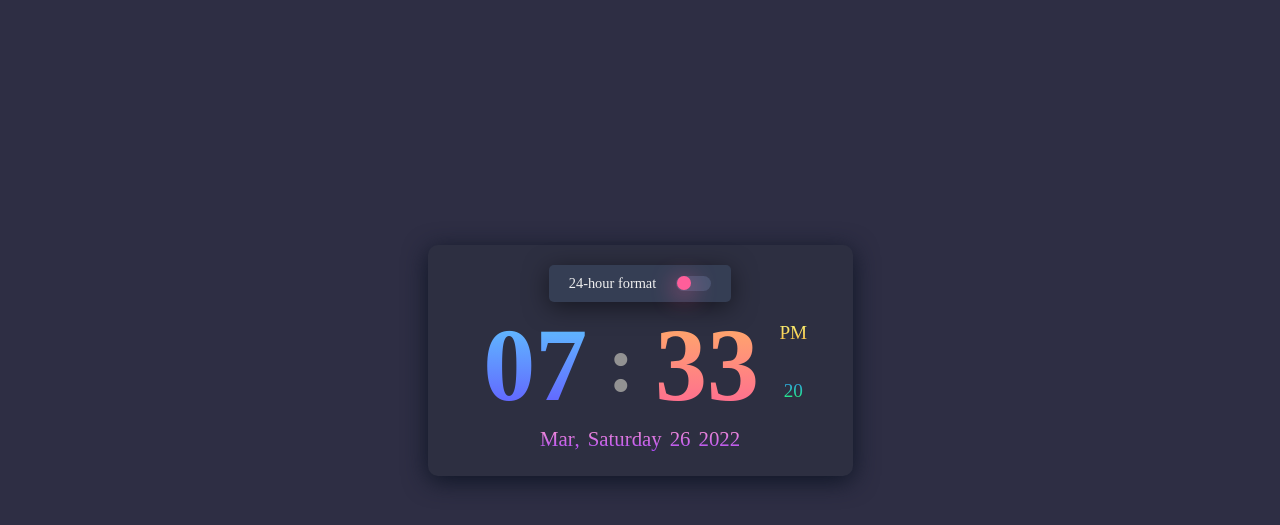
Repository: QUANGTHAI2003/digital-clock
Page: index.html
The author's editor kept a copy of each file at every save. The page is drawn from the files as they stood at one save, then again after the next save.
The browser window is 1280 px wide. The pictures show the whole page.
Some icons come from a web library that is not loaded, so they are not drawn.

Above is the page before, as saved 2022-03-26 23:32:34.
Console error: TypeError: year.addEventListener is not a function

### index.html
<!DOCTYPE html>
<html lang="en">
    <head>
        <meta charset="UTF-8" />
        <meta http-equiv="X-UA-Compatible" content="IE=edge" />
        <meta name="viewport" content="width=device-width, initial-scale=1.0" />
        <title>Digital-Clock</title>
        <link rel="stylesheet" href="style.css" />
        <link rel="stylesheet" href="https://unicons.iconscout.com/release/v4.0.0/css/line.css" />
    </head>
    <body>
        <div class="digital-clock">
            <i class="uil uil-ellipsis-v dot-menu-btn"></i>
            <ul class="dot-menu">
                <li class="menu-item">
                    <span class="clock-format-text">24-hour format</span>
                    <div class="format-switch-btn" data-format="12"></div>
                </li>
            </ul>
            <div class="time">
                <span class="hours">00</span>
                <span class="dots">:</span>
                <span class="minutes">00</span>
                <div class="right-side">
                    <span class="period">AN/PM</span>
                    <span class="seconds">00</span>
                </div>
            </div>
            <div class="calendar">
                <span class="month-name">Mar</span>,
                <span class="day-name">Sunday</span>
                <span class="day-number">6</span>
                <span class="year">2022</span>
            </div>
        </div>
        <script src="./app.js"></script>
    </body>
</html>

### style.css
@import url('https://fonts.googleapis.com/css2?family=Poppins:ital,wght@0,100;0,200;0,300;0,400;0,500;0,600;0,700;0,800;0,900;1,100;1,200;1,300;1,400;1,500;1,600;1,700;1,800;1,900&display=swap');

* {
    margin: 0;
    padding: 0;
    box-sizing: border-box;
    font-family: 'Poppins'sans-serif;
}

body {
    min-height: 100vh;
    display: flex;
    justify-content: center;
    align-items: center;
    background: #2e2e44;
}

.digital-clock {
    position: relative;
    color: #fff;
    background: #2d2f41;
    width: 425px;
    padding: 20px 45px;
    box-shadow: 0 5px 25px rgba(14, 21, 37, 08);
    border-radius: 10px;
    display: flex;
    justify-content: center;
    align-items: center;
    flex-direction: column;
}

.time {
    position: relative;
    display: flex;
    justify-content: center;
    align-items: center;
}

.hours,
.dots,
.minutes {
    display: flex;
    justify-content: center;
    align-items: center;
    font-weight: 600;
    padding: 0 10px;
    line-height: 125px;
}

.hours,
.minutes {
    font-size: 6.5em;
    width: 125px;
}

.dots {
    font-size: 5em;
    color: #929292;
}

.hours {
    background: -webkit-linear-gradient(90deg, #634dff, #5fd4ff);
    -webkit-text-fill-color: transparent;
    -webkit-background-clip: text;
}

.minutes {
    background: -webkit-linear-gradient(90deg, #ff5e9a, #ffb960);
    -webkit-text-fill-color: transparent;
    -webkit-background-clip: text;
}

.right-side {
    position: relative;
    display: flex;
    justify-content: center;
    align-items: center;
    flex-direction: column;
    margin-left: 10px;
}

.period,
.seconds {
    font-size: 1.2em;
    font-weight: 500;
}

.period {
    transform: translateY(-20px);
    background: -webkit-linear-gradient(90deg, #f7b63f, #faf879);
    -webkit-text-fill-color: transparent;
    -webkit-background-clip: text;
}

.seconds {
    transform: translateY(16px);
    background: -webkit-linear-gradient(90deg, #24ff6d, #2f93f1);
    -webkit-text-fill-color: transparent;
    -webkit-background-clip: text;
}

.calendar {
    display: flex;
    justify-content: center;
    align-items: center;
    font-size: 1.3em;
    font-weight: 500;
    margin-bottom: 5px;
    background: -webkit-linear-gradient(90deg, #ae4af6, #ff98d1);
    -webkit-text-fill-color: transparent;
    -webkit-background-clip: text;
}

.day-name,
.day-number,
.year {
    margin-left: 8px;
}

.dot-menu-btn {
    position: absolute;
    top: 0;
    right: 0;
    margin: 10px;
    color: #efefef;
    font-size: 1.5em;
    cursor: pointer;
}

.dot-menu {
    z-index: 999;
    list-style: none;
    background: #353e54;
    padding: 10px 20px;
    border-radius: 5px;
    box-shadow: 0 5px 25px rgba(0, 0, 0, 0.5);
}

.menu-item {
    display: flex;
    justify-content: center;
    align-items: center;
}

.clock-format-text {
    color: #efefef;
    font-size: 0.9em;
    margin-right: 20px;
}

.format-switch-btn {
    width: 35px;
    height: 15px;
    background: #485470;
    border-radius: 75px;
    box-shadow: inset 2px 2px 4px rgba(255, 255, 255, 0.1),
        inset -2px 2px -4px rgba(0, 0, 0, 0.2);
    cursor: pointer;
    display: flex;
    justify-content: center;
    align-items: center;
}

.format-switch-btn::before {
    content: "";
    position: absolute;
    width: 14px;
    height: 14px;
    background: #ff5e9a;
    border-radius: 50%;
    box-shadow: 0 5px 25px #ff5e9a;
    transform: translateX(-10px)
}

### app.js
function clock() {
    var today = new Date();
    var hours = today.getHours();
    var minutes = today.getMinutes();
    var seconds = today.getSeconds();
    var period = "AM"

    // Set the time period(AM or PM)
    if (hours >= 12) {
        period = "PM";
    }
    // Set the 12-hour clock format
    hours = hours > 12 ? hours % 12 : hours

    // Add the 0 for the values of lower than 10
    if (hours < 10) {
        hours = "0" + hours;
    }
    if (minutes < 10) {
        minutes = "0" + minutes;
    }
    if (seconds < 10) {
        seconds = "0" + seconds;
    }

    document.querySelector(".hours").innerHTML = hours;
    document.querySelector(".minutes").innerHTML = minutes;
    document.querySelector(".seconds").innerHTML = seconds;
    document.querySelector(".period").innerHTML = period;
}

var updateClock = setInterval(clock, 1000);

// Get the date in javascript
var today = new Date();
const dayNumber = today.getDate();
const year = today.getFullYear();
const dayName = today.toLocaleString('default', { weekday: 'long' });
const monthName = today.toLocaleString('default', { month: 'short' });

document.querySelector(".month-name").innerHTML = monthName;
document.querySelector(".day-name").innerHTML = dayName;
document.querySelector(".day-number").innerHTML = dayNumber;
document.querySelector(".year").innerHTML = year;

year.addEventListener("click", function () {
    alert("The year is " + year);
});

After the next save:
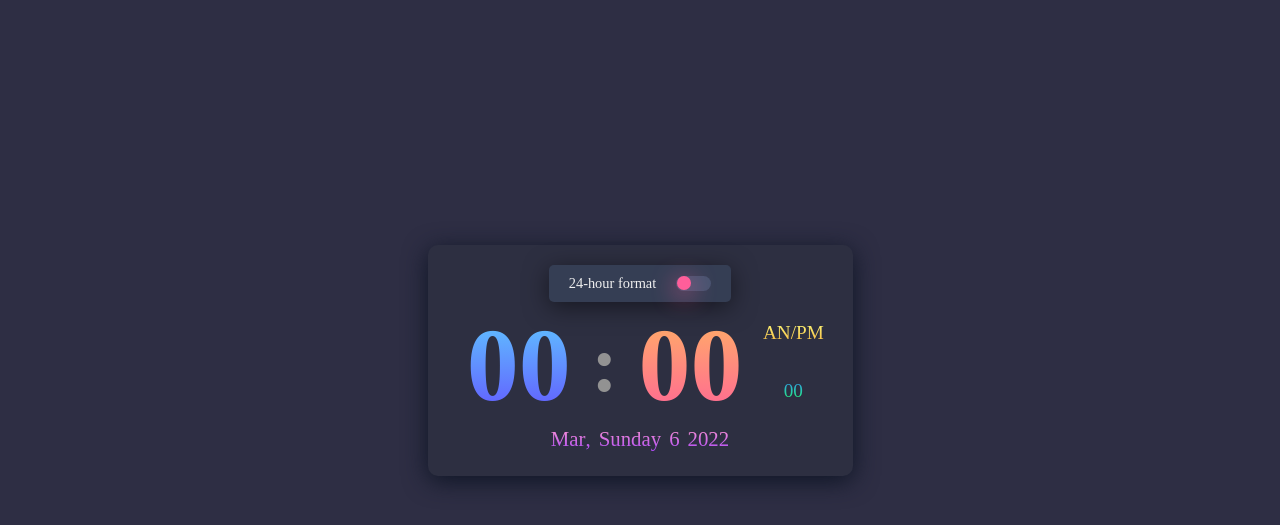
Console error: SyntaxError: missing ) after argument list
Saved 90 s later.
--- a/app.js
+++ b/app.js
@@ -46,3 +46,10 @@ document.querySelector(".year").innerHTML = year;
 year.addEventListener("click", function () {
     alert("The year is " + year);
 });
+
+const formatSwitchBtn = document.querySelector(".format-switch-btn");
+
+formatSwitchBtn.addEventListener("click", function () {
+    const formatSwitch = document.querySelector(".format-switch");
+    formatSwitch.classList.toggle("format-switch-active");
+}

After the 2 saves that followed:
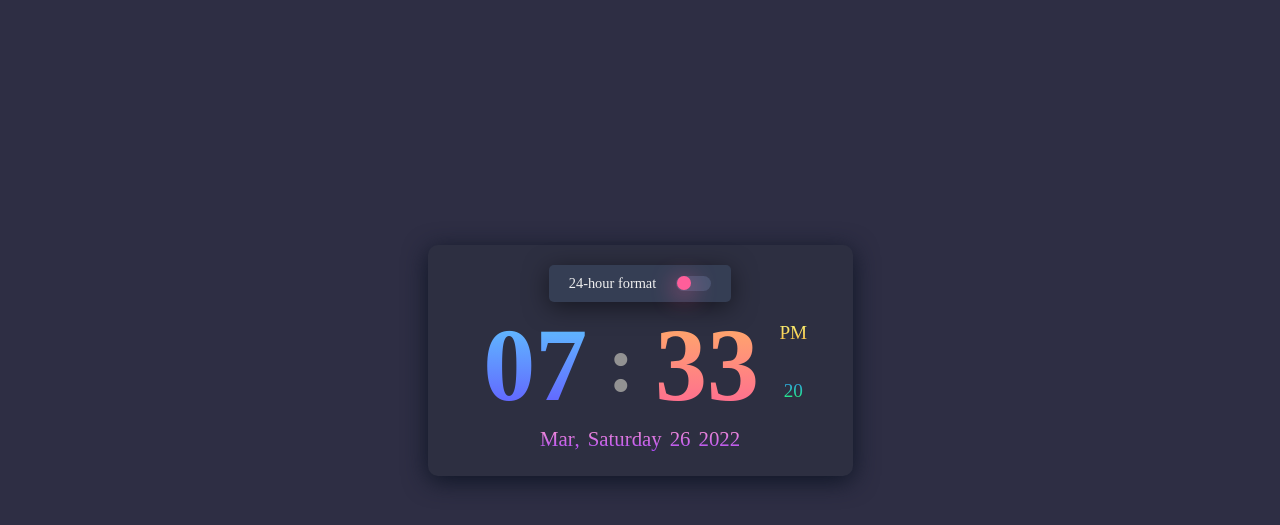
Console error: TypeError: year.addEventListener is not a function
The 2 saves are shown as one change because 1 left the picture as it was.
The last was saved 17 s later.
--- a/app.js
+++ b/app.js
@@ -50,6 +50,5 @@ year.addEventListener("click", function () {
 const formatSwitchBtn = document.querySelector(".format-switch-btn");
 
 formatSwitchBtn.addEventListener("click", function () {
-    const formatSwitch = document.querySelector(".format-switch");
     formatSwitch.classList.toggle("format-switch-active");
-}
+});
